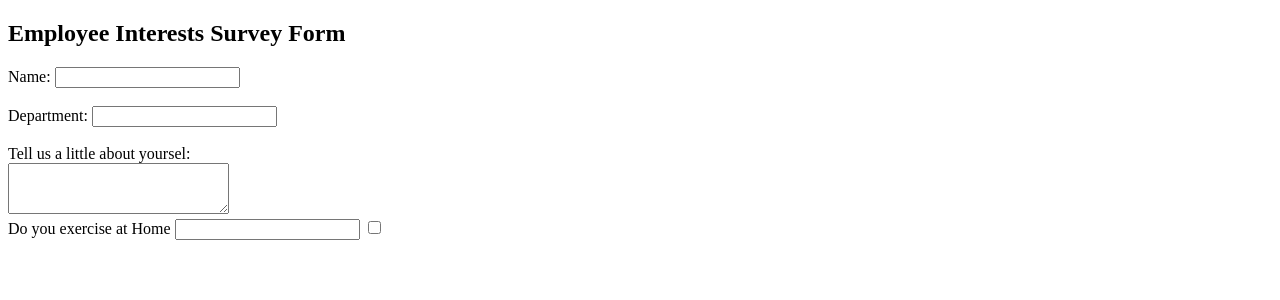
Repository: JoaoLemesDEV/Exercise-Survey-Form
Page: index.html
An editor plug-in stored every save of this project. The page is shown before and after the next save, followed by the edit.
The browser window is 1280 px wide. The pictures show the whole page.

Above is the page before, as saved 2021-10-10 18:24:47.

After the next save:
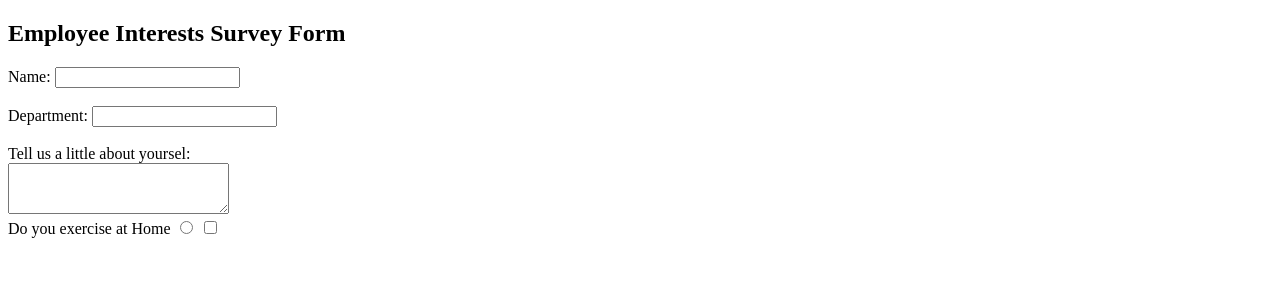
Saved 4 s later.
--- a/index.html
+++ b/index.html
@@ -15,7 +15,7 @@
   <label for="comment">Tell us a little about yoursel:</label><br>
   <textarea name="comment" id="comment" cols="25" rows="3"></textarea><br>
   <label for="question01">Do you exercise at Home</label>
-    <input type="radius" name="question01" id="question01">
+    <input type="radio" name="question01" id="question01">
     <input type="checkbox" name="" id="">
 
 
